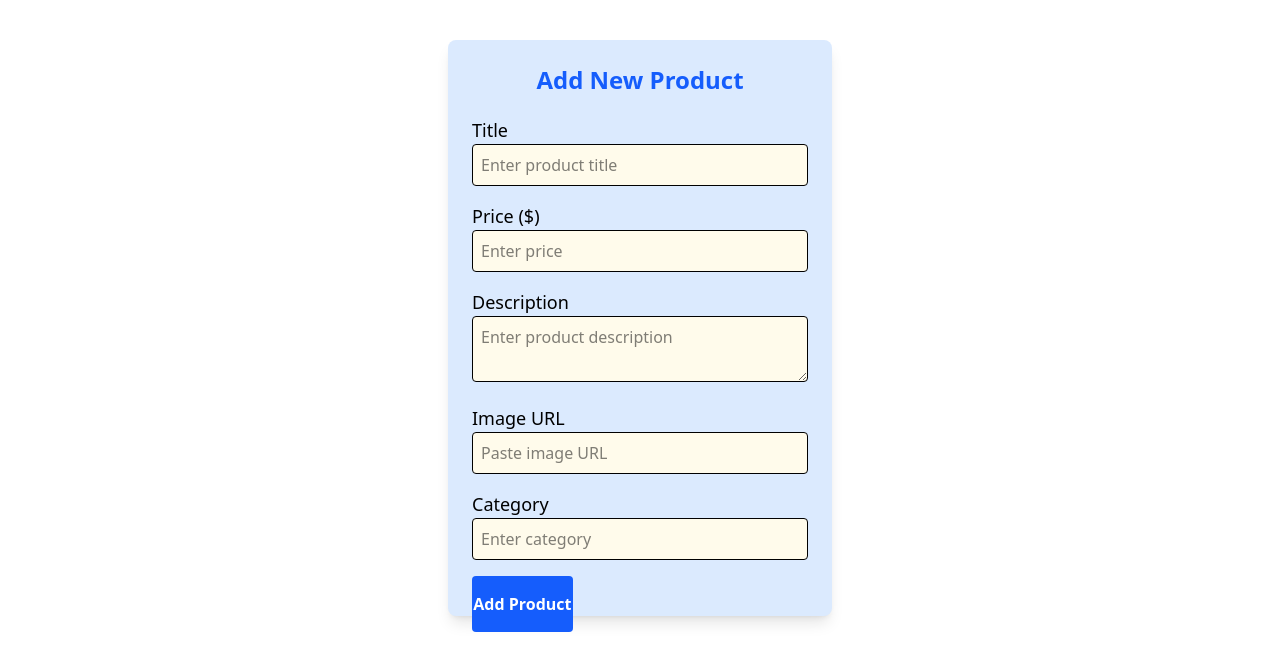
Repository: Habeebur1493/React-App
Page: /add-products
These files come from the project's save history. The page is drawn as it stood at one moment and after the next save; the edit follows.
The browser window is 1280 px wide. The pictures show the whole page.
The page's requests for data from a server got no answer. The project was rebuilt for these pictures with package versions that can differ from the ones it lists, and the page was loaded fresh each time. No one was signed in, and anything a server would have sent is missing. Also part of the build but not shown: vite.config.js, src/Components/Login.jsx, src/Components/Nav.jsx, src/Components/Loading.jsx, src/Components/Home.jsx, src/Components/Details.jsx, src/Components/About.jsx, src/Components/Services.jsx and 2 more.

Above is the page before, as saved 2025-02-01 15:22:36.

### index.html
<!doctype html>
<html lang="en">
  <head>
    <meta charset="UTF-8" />
    <meta name="viewport" content="width=device-width, initial-scale=1.0" />
    <title>Project</title>
  </head>
  <body>
    <div id="root"></div>
    <script type="module" src="/src/main.jsx"></script>
  </body>
</html>

### src/main.jsx
import React from "react";
import { createRoot } from "react-dom/client";
import App from "./App.jsx";
import { BrowserRouter } from "react-router-dom";
import Context from "./Components/utils/Context.jsx";
import { ToastContainer } from "react-toastify";

createRoot(document.getElementById("root")).render(
  <Context>
    <BrowserRouter>
      <App />
      <ToastContainer />
    </BrowserRouter>
    </Context>

);

### src/App.jsx
import React, { useState } from "react";
import "./App.css";
import { Route, Routes } from "react-router-dom";
import Login from "./Components/Login.jsx";
import Home from "./Components/Home.jsx";
import Details from "./Components/Details.jsx";
import About from "./Components/About.jsx";
import Services from "./Components/Services.jsx";
import Contact from "./Components/Contact.jsx";
import Addproducts from "./Components/Addproducts.jsx";
import ShowProducts from "./Components/ShowProducts.jsx";

const App = () => {
  const [selectedProduct, setSelectedProduct] = useState(null);

  return (
    <div className='h-screen w-screen flex'>
      <Routes>
        <Route path='/' element={<Login />} />
        <Route path='/Home' element={<Home />} />
        <Route path='/add-products' element={<Addproducts />} />
        <Route path='/details/:id' element={<Details />} />
        <Route path='/About' element={<About />} />
        <Route path='/Services' element={<Services />} />
        <Route path='/Contact' element={<Contact />} />
        <Route
          path='/show-products'
          element={
            <ShowProducts
              setSelectedProduct={setSelectedProduct}
              selectedProduct={selectedProduct}
            />
          }
        />
      </Routes>
    </div>
  );
};

export default App;

### src/Components/utils/Context.jsx
import React, { createContext, useEffect, useState } from "react";
import axios from "axios";

export const ProductContext = createContext();

const Context = ({children}) => {
  const [products, setproducts] = useState([]);

  const getproducts = async () => {
    try {
      const { data } = await axios.get("https://fakestoreapi.com/products");
      setproducts(data);
    } catch (error) {
      console.log( "Error Fetching products"  ,error);
    }
  };

  useEffect(() => {
    getproducts();
  }, []);

  return (
    <ProductContext.Provider value={{products, setproducts}}>
      {children}
    </ProductContext.Provider>
  );
};

export default Context;

### src/Components/Addproducts.jsx
import React, { useState, useEffect } from "react";
import { useNavigate } from "react-router-dom";
import { toast } from "react-toastify";

const AddProduct = ({ selectedProduct, setSelectedProduct }) => {
  const [formData, setFormData] = useState({
    title: "",
    price: "",
    description: "",
    image: "",
    category: "",
  });

  const navigate = useNavigate();

  // ✅ Agar koi product update ho raha ho toh uski details form me load ho
  useEffect(() => {
    if (selectedProduct) {
      setFormData(selectedProduct);
    }
  }, [selectedProduct]);

  const handleChange = (e) => {
    setFormData({ ...formData, [e.target.name]: e.target.value });
  };

  const handleSubmit = (e) => {
    e.preventDefault();
    let products = JSON.parse(localStorage.getItem("products")) || [];

    if (selectedProduct) {
      // ✅ Update existing product
      products = products.map((p) =>
        p.title === selectedProduct.title ? formData : p
      );
    } else {
      // ✅ Add new product
      products.push(formData);
    }

    localStorage.setItem("products", JSON.stringify(products));
    setFormData({
      title: "",
      price: "",
      description: "",
      image: "",
      category: "",
    });
    toast.success("Product added successfully!");
    navigate("/show-products");
    setSelectedProduct(null);
  };

  return (
    <div className='w-[30%] h-[80%] mx-auto bg-blue-100 p-6 rounded-lg shadow-lg mt-10'>
      <h2 className='text-2xl font-bold mb-5 text-center text-blue-600'>
        {selectedProduct ? "Update Product" : "Add New Product"}
      </h2>

      <form onSubmit={handleSubmit} className='space-y-4'>
        <div>
          <label className='block text-lg font-medium'>Title</label>
          <input
            type='text'
            name='title'
            value={formData.title}
            onChange={handleChange}
            required
            placeholder='Enter product title'
            className='w-full p-2 border bg-amber-50 rounded focus:ring-2 focus:ring-blue-500'
          />
        </div>

        <div>
          <label className='block text-lg font-medium'>Price ($)</label>
          <input
            type='number'
            name='price'
            value={formData.price}
            onChange={handleChange}
            required
            placeholder='Enter price'
            className='w-full p-2 border bg-amber-50 rounded focus:ring-2 focus:ring-blue-500'
          />
        </div>

        <div>
          <label className='block text-lg font-medium'>Description</label>
          <textarea
            name='description'
            value={formData.description}
            onChange={handleChange}
            required
            placeholder='Enter product description'
            className='w-full p-2 border bg-amber-50 rounded focus:ring-2 focus:ring-blue-500'
          />
        </div>

        <div>
          <label className='block text-lg font-medium'>Image URL</label>
          <input
            type='url'
            name='image'
            value={formData.image}
            onChange={handleChange}
            required
            placeholder='Paste image URL'
            className='w-full p-2 border bg-amber-50 rounded focus:ring-2 focus:ring-blue-500'
          />
        </div>

        <div>
          <label className='block text-lg font-medium'>Category</label>
          <input
            type='text'
            name='category'
            value={formData.category}
            onChange={handleChange}
            required
            placeholder='Enter category'
            className='w-full p-2 border bg-amber-50 rounded focus:ring-2 focus:ring-blue-500'
          />
        </div>

        <button
          type='submit'
          className='w-[30%]   bg-blue-600 hover:bg-blue-700 text-white font-bold py-4 rounded transition'
        >
          {selectedProduct ? "Update Product" : "Add Product"}
        </button>
      </form>
    </div>
  );
};

export default AddProduct;

Loaded but not shown: src/App.css (common file)

After the next save:
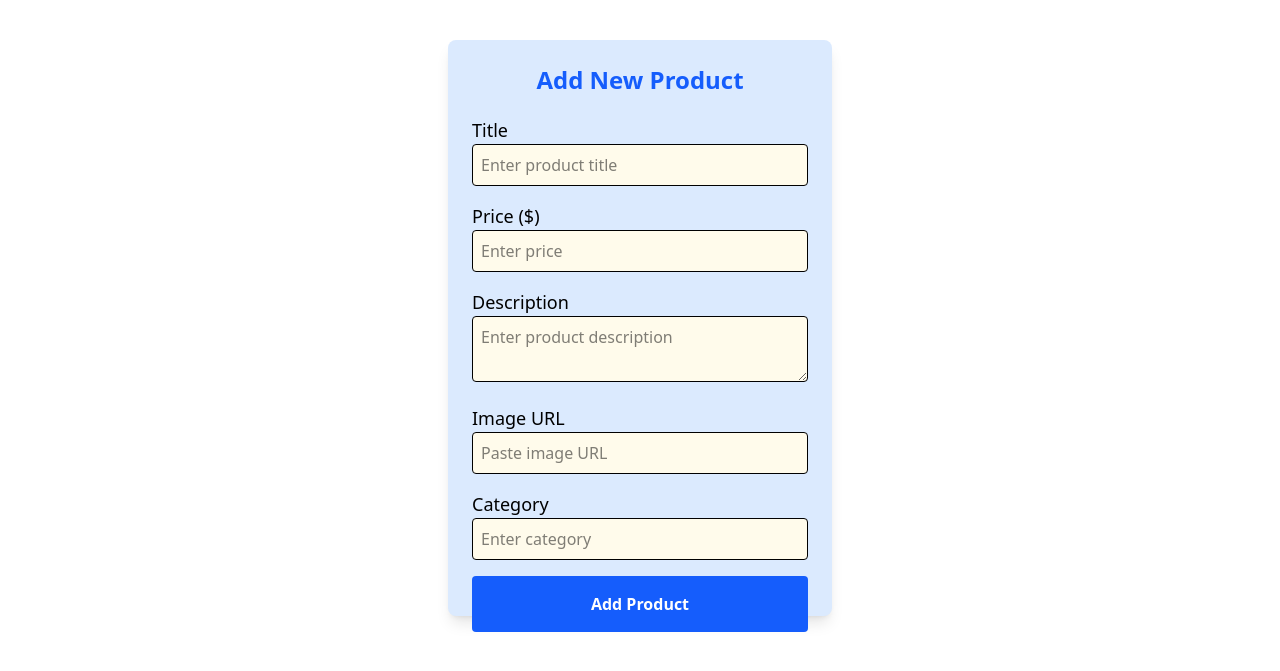
Saved 13 s later.
--- a/src/Components/Addproducts.jsx
+++ b/src/Components/Addproducts.jsx
@@ -124,7 +124,7 @@ const AddProduct = ({ selectedProduct, setSelectedProduct }) => {
 
         <button
           type='submit'
-          className='w-[30%]   bg-blue-600 hover:bg-blue-700 text-white font-bold py-4 rounded transition'
+          className='w-full  bg-blue-600 hover:bg-blue-700 text-white font-bold py-4 rounded transition'
         >
           {selectedProduct ? "Update Product" : "Add Product"}
         </button>
